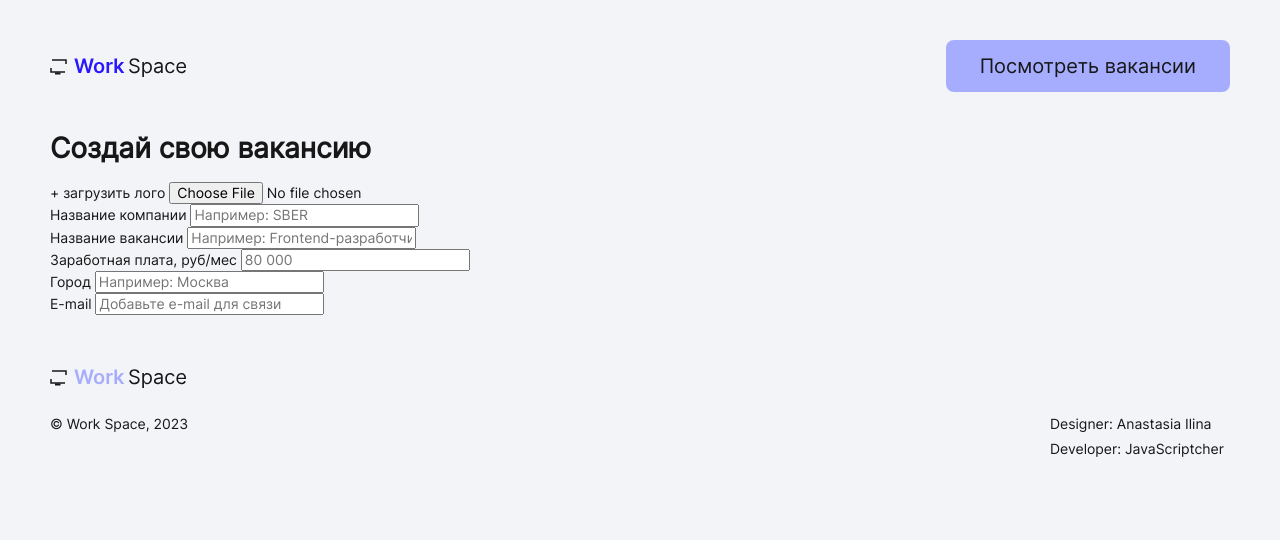
Repository: alexboagreek/workspace_js
Page: employer.html
The author's editor kept a copy of each file at every save. The page is drawn from the files as they stood at one save, then again after a run of saves.
The browser window is 1280 px wide. The pictures show the whole page.

Above is the page before, as saved 2023-09-12 12:05:05.
Console error: TypeError: Cannot read properties of null (reading 'addEventListener')

### employer.html
<!DOCTYPE html>
<html lang="ru">
  <head>
    <meta charset="UTF-8" />
    <meta name="viewport" content="width=device-width, initial-scale=1.0" />
    <title>Workspace - добавить вакансию</title>

    <link rel="stylesheet" href="index.css" />

    <script src="js/choices.min.js" defer></script>
    <script src="js/script.js" defer></script>
  </head>

  <body>
    <header class="header">
      <div class="container header__container">
        <img class="header__logo" src="img/logo.svg" alt="Логитип WorkSpace" />

        <a class="header__link" href="#vacancies">Посмотреть вакансии</a>
      </div>
    </header>

    <main>
      <section class="employer">
        <div class="container">
          <h1 class="employer__title">Создай свою вакансию</h1>

          <form class="employer__form">
            <div class="employer__file file">
              <div class="file__wrap-preview">
                <img src="#" alt="" class="file__preview" />
              </div>

              <div class="file__wrap-btn">
                <label for="logo" class="file__label"> + загрузить лого </label>
                <input
                  name="logo"
                  type="file"
                  class="file__input"
                  id="logo"
                  accept="image/png, image/jpeg"
                />
              </div>

              <fieldset class="employer__fildset">
                <div class="employer__wrap-input">
                  <label class="employer__label" for="company">Название компании</label>

                  <input
                    type="text"
                    class="employer__input"
                    id="company"
                    name="company"
                    placeholder="Например: SBER"
                  />
                </div>
              </fieldset>

              <fieldset class="employer__fildset-input">
                <div class="employer__wrap-input">
                  <label class="employer__label" for="title">Название вакансии</label>

                  <input
                    type="text"
                    class="employer__input"
                    id="title"
                    name="title"
                    placeholder="Например: Frontend-разработчик"
                  />
                </div>
              </fieldset>

              <fieldset class="employer__fildset">
                <div class="employer__wrap-input">
                  <label class="employer__label" for="salary">Заработная плата, руб/мес</label>

                  <input
                    type="number"
                    class="employer__input"
                    id="salary"
                    name="salary"
                    placeholder="80 000"
                  />
                </div>
              </fieldset>

              <fieldset class="employer__fildset">
                <div class="employer__wrap-input">
                  <label class="employer__label" for="location">Город</label>

                  <input
                    type="text"
                    class="employer__input"
                    id="location"
                    name="location"
                    placeholder="Например: Москва"
                  />
                </div>
              </fieldset>

              <fieldset class="employer__fildset">
                <div class="employer__wrap-input">
                  <label class="employer__label" for="email">E-mail</label>

                  <input
                    type="email"
                    class="employer__input"
                    id="email"
                    name="email"
                    placeholder="Добавьте e-mail для связи"
                  />
                </div>
              </fieldset>
            </div>
          </form>
        </div>
      </section>
    </main>

    <footer class="footer">
      <div class="container footer__container">
        <img
          class="footer__logo"
          src="img/logo-footer.svg"
          alt="Логотип WorkSpace"
        />

        <p class="footer__copyright">© Work Space, 2023</p>

        <ul class="footer__contacts">
          <li class="footer__contact">
            Designer:
            <a class="footer__link" href="#">Anastasia Ilina</a>
          </li>
          <li class="footer__contact">
            Developer:
            <a class="footer__link" href="#">JavaScriptcher</a>
          </li>
        </ul>
      </div>
    </footer>
  </body>
</html>

### index.css
@import "style/normalize.css";
@import "style/choices.min.css";
@import "style/style.css";
@import "style/header.css";
@import "style/hero.css";
@import "style/vacancies.css";
@import "style/filter.css";
@import "style/choices.css";
@import "style/checkbox.css";
@import "style/cards.css";
@import "style/vacancy.css";
@import "style/footer.css";
@import "style/modal.css";
@import "style/detail.css";

### style/style.css
@font-face {
  font-family: Inter;
  font-weight: 400;
  src: url("../fonts/inter-regular.woff2") format("woff2"),
    url("../fonts/inter-regular.woff") format("woff");
}

html {
  scroll-behavior: smooth;
  position: relative;
  box-sizing: border-box;
}

*,
*:before,
*:after {
  box-sizing: inherit;
}

body {
  min-width: 320px;
  min-height: 100vh;
  font-family: Inter, sans-serif;
  font-size: 14px;
  color: #171717;
  background-color: #f3f4f8;
  line-height: 1.2;
}

img,
svg {
  max-width: 100%;
  max-height: 100%;
  height: auto;
}

button {
  padding: 0;
  border: 0;
  cursor: pointer;
  background-color: transparent;
}

a {
  text-decoration: none;
  color: inherit;
}

ul {
  padding: 0;
  margin: 0;
  list-style: none;
}

h1,
h2,
h3,
p {
  margin: 0;
}

fieldset {
  padding: 0;
  margin: 0;
  border: 0;
}

.visually-hidden {
  position: fixed;
  transform: scale(0);
}

.container {
  --width: 1180px;
  --padding: 30px;
  max-width: calc(var(--width) + var(--padding) * 2);
  margin: 0 auto;
  padding: 0 var(--padding);
}

.blue-text {
  color: #2a18ff;
}

@media (max-width: 1140px) {
  .container {
    --width: 880px;
  }
}

@media (max-width: 940px) {
  .container {
    --width: 680px;
  }
}

@media (max-width: 640px) {
  .container {
    --padding: 15px;
  }
}

### style/header.css
.header {
  padding: 40px 0;
}

.header__container {
  display: flex;
  align-items: center;
  justify-content: space-between;
}

.header__link {
  padding: 12px 32px;
  border-radius: 8px;
  background-color: #a6adff;
  font-size: 20px;
  border: 2px solid transparent;
  transition-property: color, background-color;
  transition-duration: 0.2s;
  transition-timing-function: ease-in-out;
}

.header__link:focus-visible {
  border-color: #4f58be;
}

.header__link:hover {
  color: #fff;
  background-color: #2a18ff;
}

@media (max-width: 1140px) {
  .header {
    padding: 32px 0 40px;
  }
}

@media (max-width: 940px) {
  .header {
    padding: 24px 0 30px;
  }

  .header__link {
    padding: 8px 23px;
    font-size: 14px;
  }
}

@media (max-width: 640px) {
  .header {
    padding: 24px 0 20px;
  }

  .header__link {
    display: none;
  }
}

### style/hero.css
.hero {
  padding: 60px 0 50px;
}

.hero__container {
  position: relative;
  padding-top: 57px;
  padding-bottom: 57px;
}

.hero__container:after {
  content: "";
  position: absolute;
  right: -9px;
  top: 0;
  bottom: 0;
  width: 421px;
  background: url("../img/laptop.png") no-repeat center/contain;
}

.hero__title {
  position: relative;
  z-index: 2;
  max-width: 780px;
  font-size: 90px;
  letter-spacing: 1.8px;
  text-transform: uppercase;
}

@media (max-width: 1140px) {
  .hero {
    padding: 40px 0;
  }

  .hero__container {
    padding-top: 53px;
    padding-bottom: 53px;
  }

  .hero__container:after {
    width: 340px;
  }

  .hero__title {
    max-width: 580px;
    font-size: 64px;
    letter-spacing: 1.28px;
  }
}

@media (max-width: 940px) {
  .hero {
    padding: 30px 0;
  }

  .hero__container {
    padding-top: 40px;
    padding-bottom: 40px;
  }

  .hero__container:after {
    width: 269px;
  }

  .hero__title {
    max-width: 450px;
    font-size: 52px;
    letter-spacing: 1.04px;
  }
}

@media (max-width: 640px) {
  .hero {
    padding-top: 20px;
    padding-bottom: 10px;
  }

  .hero__container {
    padding-top: 0;
    padding-bottom: 234px;
  }

  .hero__title {
    max-width: 290px;
    text-align: center;
    margin: 0 auto;
    font-size: 32px;
  }

  .hero__container:after {
    right: auto;
    top: auto;
    height: 269px;
    left: 50%;
    transform: translateX(-50%);
    background-position: bottom;
  }
}

### style/vacancies.css
.vacancies {
  padding: 50px 0;
}

.vacancies__container {
  display: flex;
  align-items: start;
  gap: 24px 20px;
}

.vacancies__filter-btn {
  display: none;
}

.vacancies__filter {
  flex: 0 0 280px;
}

.vacancies__cards {
  flex-basis: 100%;
}

@media (max-width: 1140px) {
  .vacancies {
    padding: 40px 0;
  }
}

@media (max-width: 940px) {
  .vacancies {
    padding: 30px 0;
  }

  .vacancies__container {
    flex-direction: column;
    row-gap: 0;
  }

  .vacancies__filter-btn {
    display: flex;
    align-items: center;
    margin-bottom: 24px;
    transition-property: margin-bottom, color;
    transition-duration: 0.2s, 0.3s;
    transition-timing-function: ease-in-out;
    transition-delay: 0.2s, 0s;
    color: #2a18ff;
    line-height: 20px;
  }

  .vacancies__filter-btn:hover:not(:focus) {
    color: #a6adff;
  }

  .vacancies__filter-btn-arrow {
    position: relative;
    top: -2px;
    display: block;
    width: 20px;
    height: 20px;
  }

  .vacancies__filter-btn_active {
    margin-bottom: 32px;
    transition-delay: 0s;
  }

  .vacancies__filter-btn_active .vacancies__filter-btn-arrow {
    transform: rotate(180deg);
    top: 2px;
  }

  .vacancies__filter {
    width: 100%;
    flex-basis: auto;
    height: 0;
    overflow: hidden;
    transition: height 0.4s ease-in-out;
  }

  .vacancies__filter_active {
    height: auto;
    margin-bottom: 40px;
  }

  .vacancies__cards {
    width: 100%;
  }
}

@media (max-width: 640px) {
  .vacancies__filter-btn_active {
    margin-bottom: 24px;
  }
}

### style/filter.css
.filter {
  position: relative;
}

.filter__reset {
  position: absolute;
  top: 7px;
  right: 0;
  color: #ccc;
}

.filter__title {
  font-size: 20px;
  font-weight: 400;
  margin-bottom: 32px;
}

.filter__form {
  display: flex;
  flex-direction: column;
  gap: 32px;
}

.filter__fieldset {
  display: flex;
  flex-direction: column;
  align-items: start;
}

.filter__legend {
  margin-bottom: 12px;
}

.filter__select {
  width: 100%;
}

.filter__range {
  display: flex;
  align-items: center;
  justify-content: space-between;
  gap: 10px;
}

.filter__label:not(:last-child) {
  margin-bottom: 8px;
}

.filter__input {
  flex: 1 1 50%;
  width: 100%;
  padding: 0 16px;
  height: 32px;
  border: 0;
}

.filter__input::placeholder {
  color: #ccc;
}

.filter__checkboxes {
  display: flex;
  flex-direction: column;
  gap: 32px;
}

.filter__button {
  padding: 8px 24px;
  border-radius: 4px;
  background-color: #a6adff;
  border: 2px solid transparent;
  transition-property: color, background-color;
  transition-duration: 0.2s;
  transition-timing-function: ease-in-out;
}

.filter__button:focus-visible {
  border-color: #4f58be;
}

.filter__button:hover {
  color: #fff;
  background-color: #2a18ff;
}

@media (max-width: 940px) {
  .filter__title {
    position: fixed;
    transform: scale(0);
  }

  .filter__input {
    max-width: 140px;
  }

  .filter__checkboxes {
    display: grid;
    grid-template-columns: repeat(auto-fit, minmax(180px, 1fr));
    gap: 24px 70px;
  }

  .filter__buttons {
    display: flex;
    gap: 16px;
    align-items: center;
  }

  .filter__reset {
    position: static;
  }
}

### style/choices.css
.choices {
  width: 100%;
}

.choices__inner {
  background-color: #fff;
  padding: 6px 16px;
  min-height: 32px;
  border: 0;
}

.choices__list--single {
  padding: 0;
}

.choices[data-type*="select-one"]::after {
  width: 20px;
  height: 20px;
  background: url("../img/arrow.svg") no-repeat center/contain;
  border: 0;
  top: 6px;
  right: 16px;
  margin-top: 0;
}

.choices[data-type*="select-one"].is-open::after {
  transform: rotate(180deg);
  margin-top: 0;
}

### style/checkbox.css
.checkbox {
  position: relative;
  display: block;
  line-height: 20px;
  padding-left: 28px;
}

.checkbox__input {
  -webkit-appearance: none;
  -moz-appearance: none;
  appearance: none;
  position: absolute;
  width: 20px;
  height: 20px;
  left: 0;
  top: 0;
  bottom: 0;
  background-color: #fff;
  border-radius: 4px;
}

.checkbox__input:after {
  content: "";
  position: absolute;
  inset: 0;
  display: block;
  background: url("../img/check.svg") no-repeat center;
  opacity: 0;
  transition: opacity 0.2s ease-in-out;
}

.checkbox__input:checked:after {
  opacity: 1;
}

.checkbox__input:focus-visible {
  outline: none;
  box-shadow: 0px 2px 10px rgba(0, 0, 0, 0.25);
}

.checkbox__input:hover:not(:disabled) {
  box-shadow: 0px 2px 10px rgba(166, 173, 255, 0.55);
}

.checkbox__input:disabled {
  background-color: #ccc;
}

### style/cards.css
.cards__list {
  display: grid;
  grid-template-columns: repeat(auto-fit, minmax(280px, 1fr));
  gap: 20px;
}

@media (max-width: 940px) {
  .cards__list {
    grid-template-columns: repeat(auto-fit, minmax(220px, 1fr));
    gap: 10px;
  }
}

### style/vacancy.css
.vacancy {
  border-radius: 16px;
  background-color: #fff;
  padding: 16px;
  height: 100%;
  cursor: pointer;
  outline: none;
  border: 2px solid transparent;
}

.vacancy:hover {
  background-color: #f9faff;
}

.vacancy:focus-visible {
  border-color: #a6adff;
}

.vacancy__img {
  max-height: 44px;
  margin-bottom: 12px;
  display: block;
}

.vacancy__company {
  font-size: 20px;
  margin-bottom: 8px;
}

.vacancy__title {
  display: inline-block;
  padding: 3px 5px;
  font-size: 14px;
  font-weight: 400;
  border-radius: 4px;
  background-color: #eaecff;
  margin-bottom: 8px;
}

.vacancy__field {
  color: #ccc;
}

### style/footer.css
.footer {
  padding: 50px 0 40px;
}

.footer__container {
  display: grid;
  gap: 27px;
  grid-template-areas:
    "logo ."
    "copyright contacts";
}

.footer__logo {
  grid-area: logo;
}

.footer__copyright {
  grid-area: copyright;
}

.footer__contacts {
  grid-area: contacts;
  justify-self: end;
  min-width: 180px;
}

.footer__contact {
  margin-bottom: 8px;
}

.footer__contact:last-child {
  margin-bottom: 0;
}

.footer__link:hover {
  color: brown;
}

@media (max-width: 1140px) {
  .footer {
    padding: 40px 0 32px;
  }
}

@media (max-width: 940px) {
  .footer {
    padding: 30px 0 24px;
  }
}

@media (max-width: 640px) {
  .footer {
    padding-top: 20px;
  }

  .footer__container {
    grid-template-areas:
      "logo"
      "copyright"
      "contacts";
  }

  .footer__contacts {
    justify-self: start;
  }
}

### style/modal.css
.modal {
  position: fixed;
  z-index: 10;
  inset: 0;
  background-color: rgba(0, 0, 0, 0.5);
  cursor: pointer;
  padding: 30px;
  overflow-y: auto;
  display: flex;
}

.modal__main {
  position: relative;
  margin: auto;
  cursor: default;
}

.modal__close {
  background-color: transparent;
  border: none;
  cursor: pointer;
  position: absolute;
  top: 12px;
  right: 12px;
  padding: 0;
  line-height: 0;
  outline: 1px solid transparent;
  border-radius: 3px;
}

.modal__close:focus-visible {
  outline-color: gray;
}

@media (max-width: 640px) {
  .modal {
    padding: 30px 15px;
  }
}

### style/detail.css
.detail {
  max-width: 780px;
  border-radius: 16px;
  box-shadow: 0px 10px 50px 0px rgba(4, 0, 49, 0.1);
  background: #fff url("../img/likemen.png") no-repeat bottom right;
  background-size: 150px;
  padding: 36px 36px 80px;
}

.detail__header {
  display: grid;
  grid-template-columns: 101px 1fr;
  gap: 12px 20px;
  margin-bottom: 32px;
}

.detail__logo {
  width: 100%;
  max-height: 101px;
  grid-row: 1 / 3;
  align-self: center;
  justify-self: start;
}

.detail__company {
  font-size: 32px;
  letter-spacing: 0.64px;
  align-self: end;
  justify-self: start;
}

.detail__title {
  font-size: 20px;
  font-weight: 400;
  align-self: start;
  justify-self: start;
  border-radius: 4px;
  background-color: #eaecff;
  padding: 5px 10px;
}

.detail__main {
  display: flex;
  gap: 20px;
  margin-bottom: 32px;
}

.detail__description {
  max-width: 465px;
  line-height: 1.4;
}

.detail__fields {
  display: flex;
  flex-direction: column;
  align-items: start;
  gap: 4px;
}

.detail__field {
  padding: 3px 10px;
  border-radius: 30px;
  background-color: #eaecff;
}

.detail__resume {
  line-height: 1.4;
}

@media (max-width: 940px) {
  .detail {
    max-width: 680px;
    padding: 24px 24px 72px;
  }

  .detail__main {
    gap: 10px;
  }

  .detail__description {
    max-width: 418px;
  }
}

@media (max-width: 640px) {
  .detail {
    padding: 24px 15px;
    background-image: none;
  }

  .detail__header {
    grid-template-columns: 60px 1fr;
    gap: 4px 8px;
    margin-bottom: 24px;
  }

  .detail__company {
    font-size: 20px;
    letter-spacing: 0.4px;
  }

  .detail__title {
    font-size: 12px;
  }

  .detail__main {
    flex-direction: column;
    gap: 24px;
    margin-bottom: 24px;
  }

  .detail__description {
    max-width: 100%;
  }
}

Loaded but not shown: js/choices.min.js (library); style/normalize.css (library); style/choices.min.css (library); js/script.js (300 lines, source omitted)

After the next 2 saves:
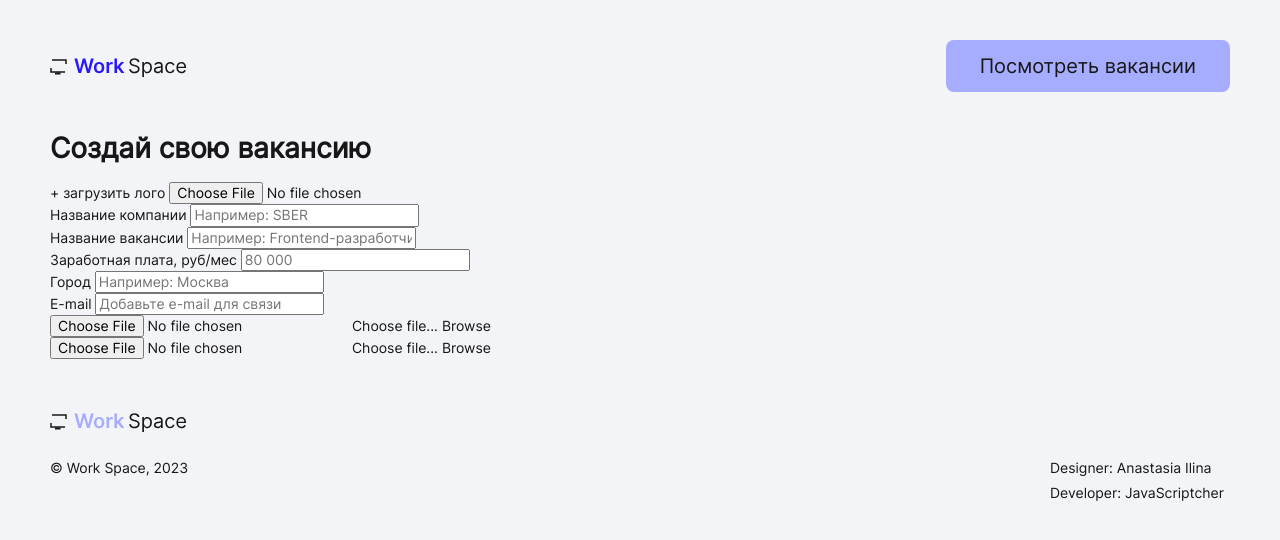
The 2 saves are shown as one change because they came seconds apart.
The last was saved 14 s later.
--- a/employer.html
+++ b/employer.html
@@ -112,6 +112,22 @@
                 </div>
               </fieldset>
             </div>
+
+            <div class="form-file form-file-lg mb-3">
+              <input type="file" class="form-file-input" id="customFileLg">
+              <label class="form-file-label" for="customFileLg">
+                <span class="form-file-text">Choose file...</span>
+                <span class="form-file-button">Browse</span>
+              </label>
+            </div>
+
+            <div class="form-file form-file-sm">
+              <input type="file" class="form-file-input" id="customFileSm">
+              <label class="form-file-label" for="customFileSm">
+                <span class="form-file-text">Choose file...</span>
+                <span class="form-file-button">Browse</span>
+              </label>
+            </div>
           </form>
         </div>
       </section>
